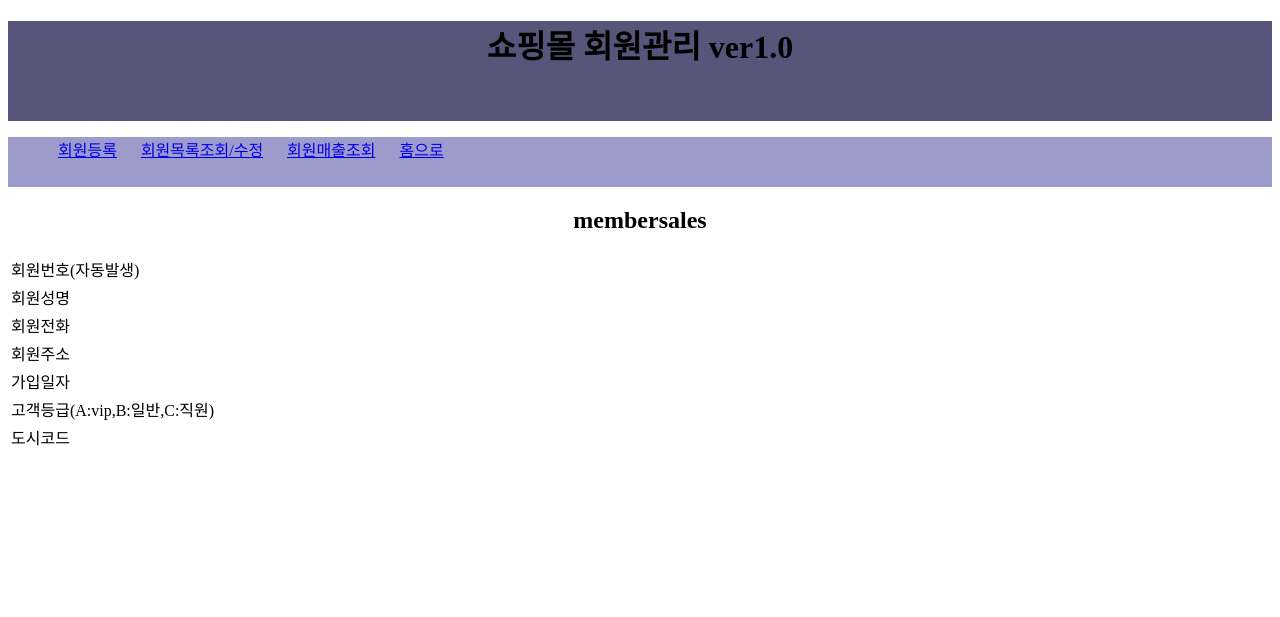
Repository: Kim-seongjun/javastudy2
Page: http://localhost/back_end_test/membersales
These files come from the project's save history. The page is drawn as it stood at one moment and after the next save; the edit follows.
The browser window is 1280 px wide. The pictures show the whole page.
The page is served by Tomcat 9. Other server files are loaded and not shown.

Above is the page before, as saved 2020-01-22 05:56:22.

### back_end_test/WebContent/membersales.jsp
<%@ page language="java" contentType="text/html; charset=UTF-8"
    pageEncoding="UTF-8"%>
<!DOCTYPE html>
<html>
<head>
<meta charset="UTF-8">
<title>Insert title here</title>
<style>
#header {
	background-color: #58557A;
	text-align: center;
	height: 100px;
}
#nav {
	background-color: #9D9BCC;
	height: 50px;
}
#footer {
	text-align: center;
	background-color: #778268;
	height: 100px;
}
</style>
</head>
<body>

<header>
		<div id="header">
			<jsp:include page="header.jsp" />
		</div>
	</header>
	<nav>
		<div id="nav">
			<jsp:include page="nav.jsp" />
		</div>
	</nav>
	<section>
		<div>
			<h1 style="text-align: center;">membersales</h1>
		</div>
		<div id="div_join">
			<form action="#">
				<table>
					<tr>
						<td>회원번호(자동발생)</td>
						<td></td>
					</tr>
					<tr>
						<td>회원성명</td>
						<td></td>
					</tr>
					<tr>
						<td>회원전화</td>
						<td></td>
					</tr>
					<tr>
						<td>회원주소</td>
						<td></td>
					</tr>
					<tr>
						<td>가입일자</td>
						<td></td>
					</tr>
					<tr>
						<td>고객등급(A:vip,B:일반,C:직원)</td>
						<td></td>
					</tr>
					<tr>
						<td>도시코드</td>
						<td></td>
					</tr>
					<tr>
						<td ></td>
					</tr>
				</table>
			</form>
		</div>
	</section>
</body>
</html>

### back_end_test/WebContent/header.jsp
<%@ page language="java" contentType="text/html; charset=UTF-8"
	pageEncoding="UTF-8"%>
<!DOCTYPE html>
<html>
<head>
<meta charset="UTF-8">
<title>Insert title here</title>
<style>
</style>
</head>
<body>
<h1>쇼핑몰 회원관리 ver1.0</h1>
</body>
</html>

### back_end_test/WebContent/nav.jsp
<%@ page language="java" contentType="text/html; charset=UTF-8"
    pageEncoding="UTF-8"%>
<!DOCTYPE html>
<html>
<head>
<meta charset="UTF-8">
<title>Insert title here</title>

</head>
<style>
ul li {
	list-style-type: none;
	display: inline;
	margin: 0px 10px;
}
</style>
<body>
   <div id="div_nav">
      <ul id="list">
         <li><a href="Joinfrm">회원등록</a></li>
         <li><a href="memberlist">회원목록조회/수정</a></li>
         <li><a href="membersales">회원매출조회</a></li>
         <li><a href="index">홈으로</a></li>
      </ul>
   </div>
</body>
</html>

### back_end_test/src/com/icia/open/Controller/Home.java
package com.icia.open.Controller;

import java.io.IOException;

import javax.servlet.RequestDispatcher;
import javax.servlet.ServletException;
import javax.servlet.annotation.WebServlet;
import javax.servlet.http.HttpServlet;
import javax.servlet.http.HttpServletRequest;
import javax.servlet.http.HttpServletResponse;

import com.icia.open.Bean.Forward;
import com.icia.open.DAO.MemberDao;
import com.icia.open.service.MemberMM;

/**
 * Servlet implementation class Home
 */

@WebServlet({ "/Joinfrm","/memberlist","/membersales","/index" })

public class Home extends HttpServlet {
	private static final long serialVersionUID = 1L;

	protected void doProcess(HttpServletRequest request, HttpServletResponse response)
			throws ServletException, IOException {
		request.setCharacterEncoding("utf-8");
		String cmd = request.getServletPath();
		System.out.println("cmd = " + cmd);
		Forward fw = new Forward();
		MemberMM mm = new MemberMM(request, response);
		MemberDao md = new MemberDao();

		switch (cmd) {
		case "/Joinfrm":
			fw = mm.Joinfrm();
			break;
		case "/index":
			fw = mm.index();
			break;
		case "/memberlist":
			fw = mm.memberlist();
			break;
		case "/membersales":
			fw = mm.membersales();
			break;
		}
		if(fw!=null) {
	         if(fw.isRedirect()) {
	            response.sendRedirect(fw.getPath());
	         }
	         else {
	            RequestDispatcher dis=request.getRequestDispatcher(fw.getPath());
	            dis.forward(request, response);
	         }
	      }
	}

	protected void doGet(HttpServletRequest request, HttpServletResponse response)
			throws ServletException, IOException {
		doProcess(request, response);
	}

	protected void doPost(HttpServletRequest request, HttpServletResponse response)
			throws ServletException, IOException {
		doProcess(request, response);
	}

}

### back_end_test/src/com/icia/open/Bean/Forward.java
package com.icia.open.Bean;

public class Forward {
	private String path;
	private boolean isRedirect;

	public String getPath() {
		return path;
	}

	public void setPath(String path) {
		this.path = path;
	}

	public boolean isRedirect() {
		return isRedirect;
	}

	public void setRedirect(boolean isRedirect) {
		this.isRedirect = isRedirect;
	}
}

### back_end_test/src/com/icia/open/service/MemberMM.java
package com.icia.open.service;

import javax.servlet.http.HttpServletRequest;
import javax.servlet.http.HttpServletResponse;

import com.google.gson.Gson;
import com.icia.open.Bean.Forward;
import com.icia.open.Bean.Member;
import com.icia.open.DAO.MemberDao;

public class MemberMM {
	HttpServletRequest request;
	HttpServletResponse response;

	public MemberMM(HttpServletRequest request, HttpServletResponse response) {
		// TODO Auto-generated constructor stub
	}

	public Forward index() {
		Forward fw = new Forward();
		fw.setPath("index.jsp");
		fw.setRedirect(false);
		return fw;

	}

	public Forward Joinfrm() {
		Forward fw = new Forward();
		MemberDao mDao = new MemberDao();
		Member mb = mDao.joinfrm();
		System.out.println("가져온다"+mb.getCustno());

		request.setAttribute("custno", mb.getCustno());

		fw.setPath("Joinfrm.jsp");
		fw.setRedirect(false);
		return fw;
	}

	public Forward memberlist() {
		Forward fw = new Forward();
		MemberDao mDao = new MemberDao();
		fw.setPath("memberlist.jsp");
		fw.setRedirect(false);
		return fw;
	}

	public Forward membersales() {
		Forward fw = new Forward();
		MemberDao mDao = new MemberDao();
		fw.setPath("membersales.jsp");
		fw.setRedirect(false);
		return fw;
	}

}

### back_end_test/src/com/icia/open/DAO/MemberDao.java
package com.icia.open.DAO;

import java.sql.Connection;
import java.sql.PreparedStatement;
import java.sql.ResultSet;
import java.sql.SQLException;

import com.icia.open.Bean.Member;

public class MemberDao {
	Connection con;
	PreparedStatement pstmt;
	ResultSet rs;

	public MemberDao() {
		con = JdbcUtil.getConnection();
	}

	public void close() {
		JdbcUtil.close(rs, pstmt, con);
	}

	public Member joinfrm() {
		String sql = "SELECT ROWNUM,CUSTNO FROM MEMBER WHERE ROWNUM=1 ORDER BY custno DESC";
		try {
			pstmt=con.prepareStatement(sql);
			rs=pstmt.executeQuery();
			Member mb = new Member();
			if(rs.next()) {
				mb.setCustno(rs.getInt("custno")+1);
				System.out.println("custno = "+rs.getInt("custno"));
			}
			return mb;

		} catch (SQLException e) {
			System.out.println("조인 예외");
			e.printStackTrace();
		}
		return null;
	}
}

### back_end_test/src/com/icia/open/DAO/JdbcUtil.java
package com.icia.open.DAO;
import java.sql.Connection;
import java.sql.DriverManager;
import java.sql.PreparedStatement;
import java.sql.ResultSet;
import java.sql.SQLException;

//디비접속, 디비종료, TX(commit, rollback....)
public class JdbcUtil {

	static { // 초기화 1번만
		try {
			Class.forName("oracle.jdbc.driver.OracleDriver");
		} catch (ClassNotFoundException cne) {
			System.out.println("드라이버 로딩 실패");
			cne.printStackTrace();
		}
	} // static End

	public static Connection getConnection() { //db접속
		Connection con=null;
		try {
			con = DriverManager.getConnection("jdbc:oracle:thin:@localhost:1521:xe", "ICIA2", "1111");
			System.out.println("DB접속 성공");
			//con.setAutoCommit(false);  //트랜잭션 처리시 수동 커밋
		} catch (SQLException e) {
			System.out.println("DB접속 실패");
			e.printStackTrace();
		}
		return con;
	}//getConnection() End

	public static void close(ResultSet rs, PreparedStatement pstmt, Connection con) {
		try {
			if (rs != null)
				rs.close();
			if (pstmt != null)
				pstmt.close();
			if (con != null)
				con.close();

		} catch (SQLException e) {
			System.out.println("close 에러");
			e.printStackTrace();
		}
		System.out.println("close Ok");
	} //close() End

	public static void commit(Connection con) {
		try {
		con.commit();
	} catch (Exception e) {
		e.printStackTrace();
	}

	}  // commit() End



	public static void rollback(Connection con) {
		try {
			con.rollback();
		} catch (Exception e) {
		}

	}//rollback() End




}//class End

### back_end_test/WebContent/footer.jsp
<%@ page language="java" contentType="text/html; charset=UTF-8"
	pageEncoding="UTF-8"%>
<!DOCTYPE html>
<html>
<head>
<meta charset="UTF-8">
<title>Insert title here</title>
</head>
<body>
	<h1>icia교육원</h1>
</body>
</html>

After the next save:
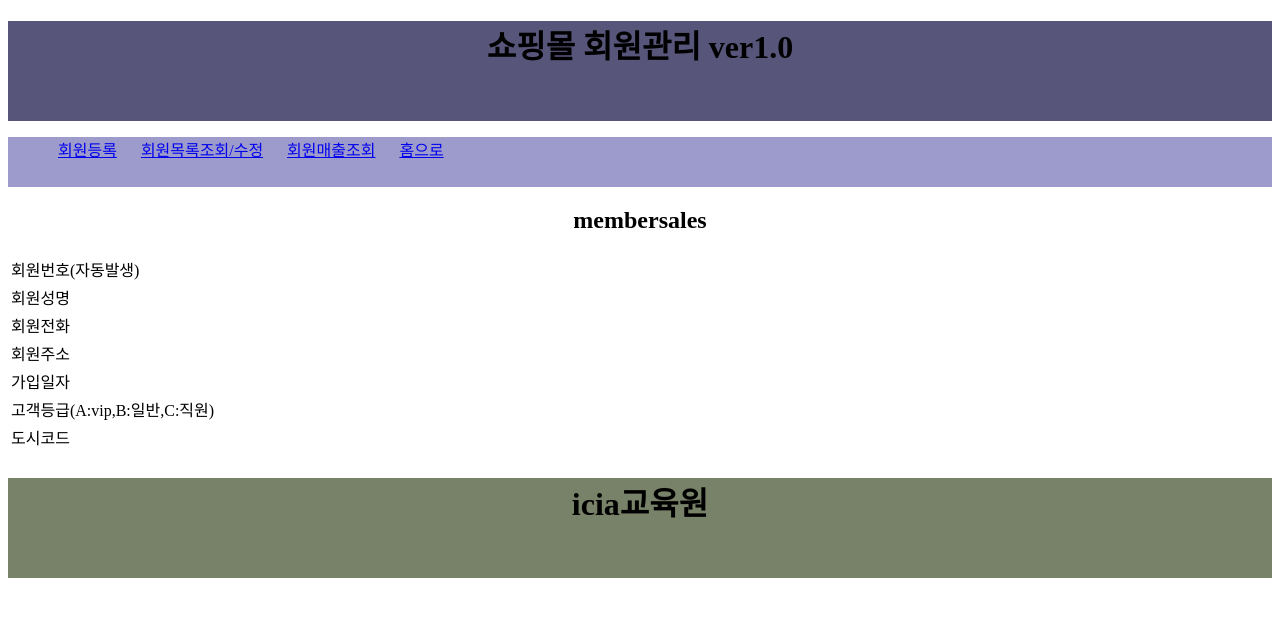
Saved 15 s later.
--- a/back_end_test/WebContent/membersales.jsp
+++ b/back_end_test/WebContent/membersales.jsp
@@ -76,5 +76,10 @@
 			</form>
 		</div>
 	</section>
+	<footer>
+		<div id="footer">
+			<jsp:include page="footer.jsp" />
+		</div>
+	</footer>
 </body>
 </html>
